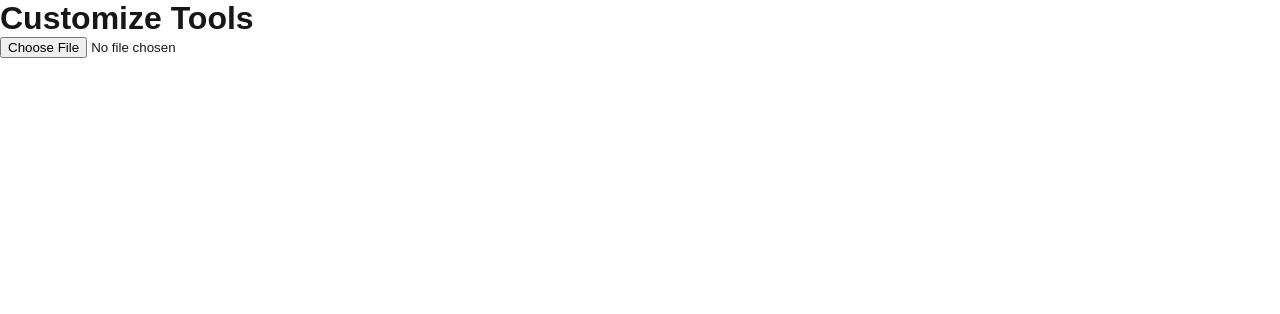
Repository: Sumaiya43/medna-tools
Page: /
An editor plug-in stored every save of this project. The page is shown before and after the next save, followed by the edit.
The browser window is 1280 px wide. The pictures show the whole page.
The project was rebuilt for these pictures with package versions that can differ from the ones it lists, and the page was loaded fresh each time. The framework's server and built-in components were replaced by stand-ins that run in the browser. Also part of the build but not shown: next.config.mjs, src/app/page.module.css.

Above is the page before, as saved 2026-02-26 02:28:03.

After the next save:
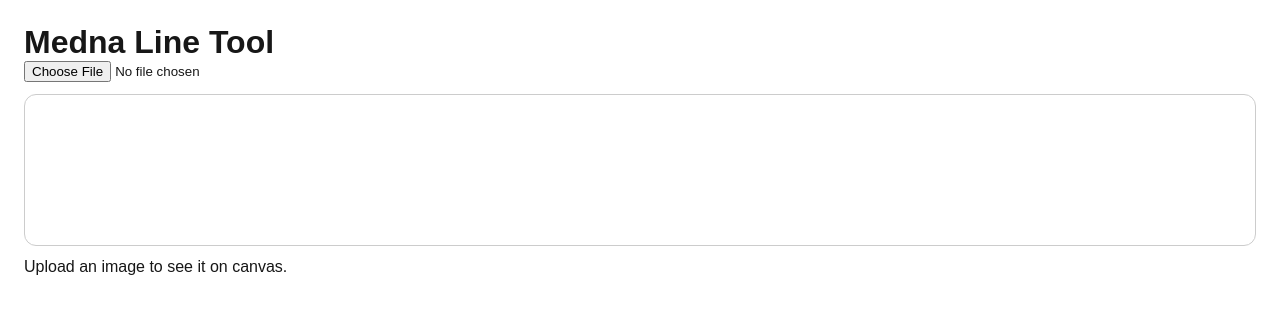
Saved 3 min 26 s later.
--- a/src/app/page.js
+++ b/src/app/page.js
@@ -1,33 +1,66 @@
 "use client";
-import Image from "next/image";
-import styles from "./page.module.css";
-import { useState } from "react";
+
+import { useRef, useState } from "react";
 
 export default function Home() {
-  const [imageUrl, setImageUrl] = useState(null);
+  const canvasRef = useRef(null);
+  const [imgObj, setImgObj] = useState(null);
 
-  const handleUpload = (e) => {
+  function drawImageOnCanvas(image) {
+    const canvas = canvasRef.current;
+    if (!canvas) return;
+
+    const ctx = canvas.getContext("2d");
+    if (!ctx) return;
+
+    // Make canvas same size as image
+    canvas.width = image.width;
+    canvas.height = image.height;
+
+    // Clear old drawings
+    ctx.clearRect(0, 0, canvas.width, canvas.height);
+
+    // Draw image
+    ctx.drawImage(image, 0, 0);
+  }
+
+  function handleUpload(e) {
     const file = e.target.files?.[0];
     if (!file) return;
 
     const url = URL.createObjectURL(file);
-    setImageUrl(url);
-  };
+
+    const image = new Image();
+    image.onload = () => {
+      setImgObj(image);
+      drawImageOnCanvas(image);
+    };
+    image.src = url;
+  }
 
   return (
-    <div className={styles.page}>
-      <main className={styles.main}>
-        <h1>Customize Tools</h1>
+    <main style={{ padding: 24, fontFamily: "Arial" }}>
+      <h1>Medna Line Tool</h1>
 
-        <input type="file" accept="image/*" onChange={handleUpload} />
+      <input type="file" accept="image/*" onChange={handleUpload} />
 
-        {imageUrl && (
-          <div>
-            <p>Image Loaded</p>
-            <Image src={imageUrl} alt="Uploaded" width={300} height={300} />
-          </div>
-        )}
-      </main>
-    </div>
+      <div
+        style={{
+          marginTop: 12,
+          border: "1px solid #ccc",
+          borderRadius: 12,
+          overflow: "auto",
+        }}
+      >
+        <canvas
+          ref={canvasRef}
+          style={{ display: "block", maxWidth: "100%" }}
+        />
+      </div>
+
+      {!imgObj && (
+        <p style={{ marginTop: 12 }}>Upload an image to see it on canvas.</p>
+      )}
+    </main>
   );
 }
